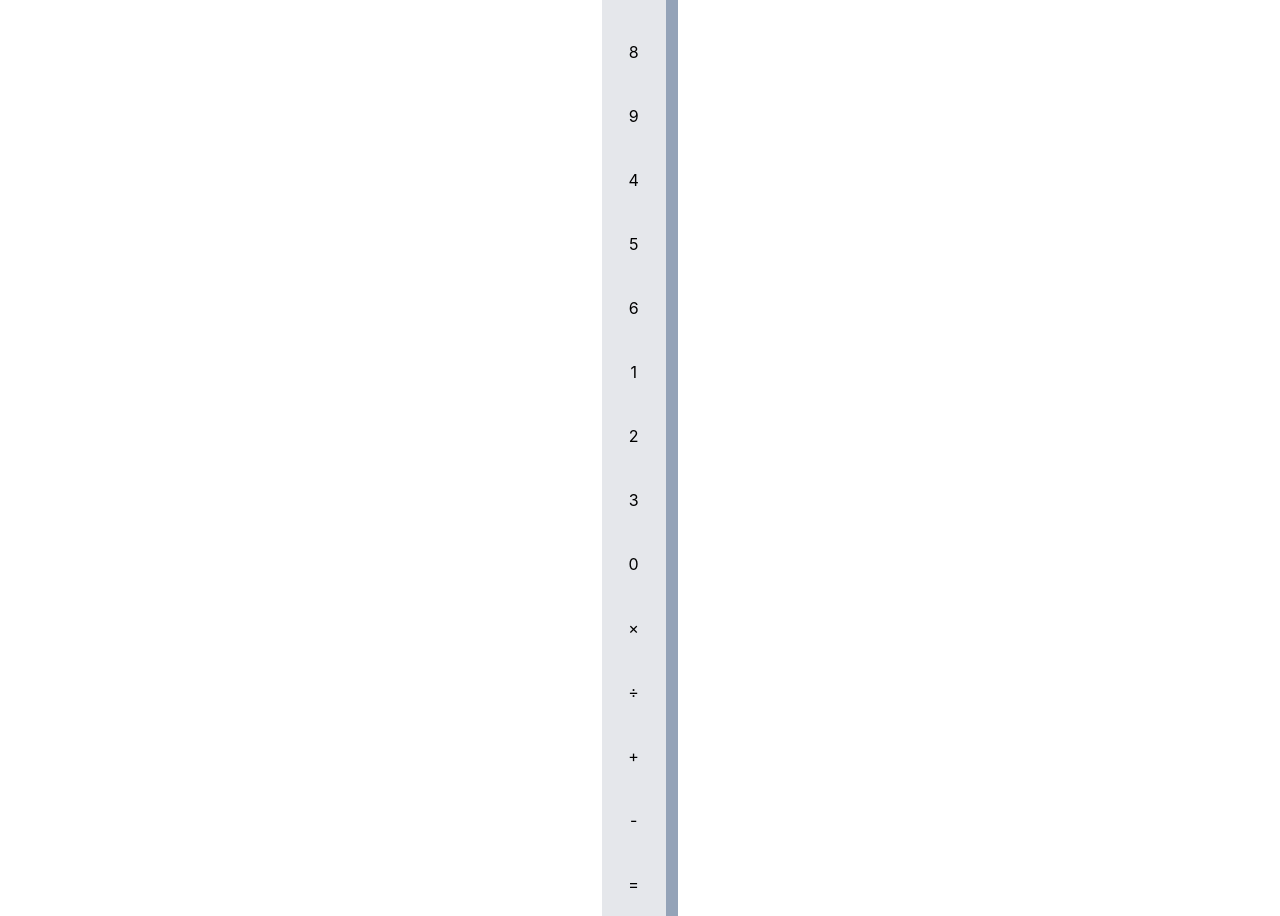
Repository: BrianPhamDev/calculator_app
Page: /
These files come from the project's save history. The page is drawn as it stood at one moment and after the next save; the edit follows.
The browser window is 1280 px wide. The pictures show the whole page.
The project was rebuilt for these pictures with package versions that can differ from the ones it lists, and the page was loaded fresh each time. Also part of the build but not shown: vite.config.js.

Above is the page before, as saved 2024-01-09 14:15:35.

### src/App.jsx
import Calculator from "./components/Calculator";

function App() {
  return (
    <>
      <div className="flex items-center justify-center w-screen h-screen">
        <Calculator></Calculator>
      </div>
    </>
  );
}

export default App;

### src/components/Calculator.jsx
import { calculatorButtons } from "../globals/calculator-button-data";

const Calculator = () => {
  return (
    <div className="bg-slate-400">
      <h1>Calculator</h1>
      <div className="">
        {calculatorButtons.map((button) => {
          return (
            <div
              key={button.className}
              className={`bg-gray-200 flex items-center justify-center w-16 h-16`}
            >
              {button.text}
            </div>
          );
        })}
      </div>
    </div>
  );
};

export default Calculator;

### src/globals/calculator-button-data.js
export const calculatorButtons = [
    {
        type: 'clear',
        className: 'ac',
        text: 'AC',
        value: 'All Clear'
    },
    {
        type: 'clear',
        className: 'c',
        text: 'C',
        value: 'Clear'
    },
    {
        type: 'number',
        className: 'seven',
        text: 7,
        value: 7,
    },
    {
        type: 'number',
        className: 'eight',
        text: 8,
        value: 8,
    },
    {
        type: 'number',
        className: 'nine',
        text: 9,
        value: 9,
    },
    {
        type: 'number',
        className: 'four',
        text: 4,
        value: 4,
    },
    {
        type: 'number',
        className: 'five',
        text: 5,
        value: 5,
    },
    {
        type: 'number',
        className: 'six',
        text: 6,
        value: 6,
    },
    {
        type: 'number',
        className: 'one',
        text: 1,
        value: 1,
    },
    {
        type: 'number',
        className: 'two',
        text: 2,
        value: 2,
    },
    {
        type: 'number',
        className: 'three',
        text: 3,
        value: 3,
    },
    {
        type: 'number',
        className: 'zero',
        text: 0,
        value: 0,
    },
    {
        type: 'operator',
        className: 'multiply',
        text: '\u00d7',
        value: 'Multiply',
    },
    {
        type: 'operator',
        className: 'divide',
        text: '\u00f7',
        value: 'Divide',
    },
    {
        type: 'operator',
        className: 'add',
        text: '+',
        value: 'Add',
    },
    {
        type: 'operator',
        className: 'subtract',
        text: '-',
        value: 'Subtract',
    },
    {
        type: 'enter',
        className: 'equal',
        text: '=',
        value: 'Equal',
    }
]

Loaded but not shown: index.html (common file); src/main.jsx (common file); src/index.css (common file); tailwind.config.js (common file)

After the next save:
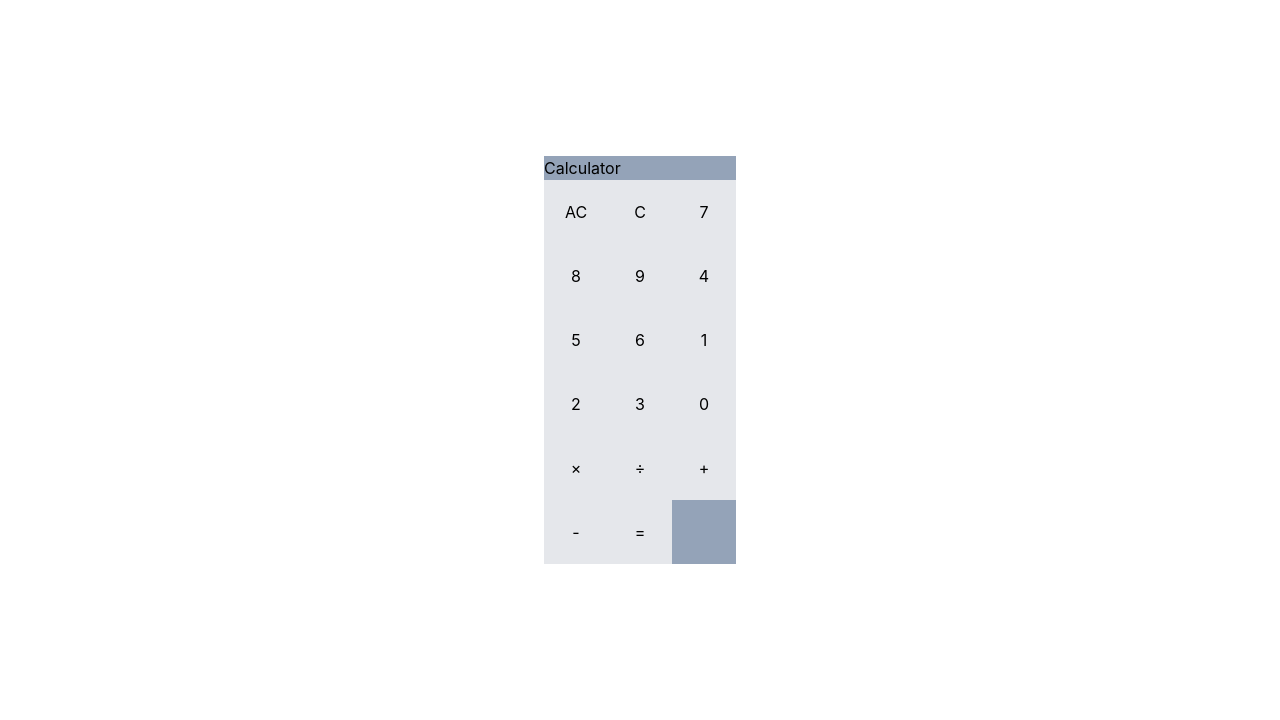
Saved 10 s later.
--- a/src/components/Calculator.jsx
+++ b/src/components/Calculator.jsx
@@ -4,7 +4,7 @@ const Calculator = () => {
   return (
     <div className="bg-slate-400">
       <h1>Calculator</h1>
-      <div className="">
+      <div className="grid grid-cols-3">
         {calculatorButtons.map((button) => {
           return (
             <div
